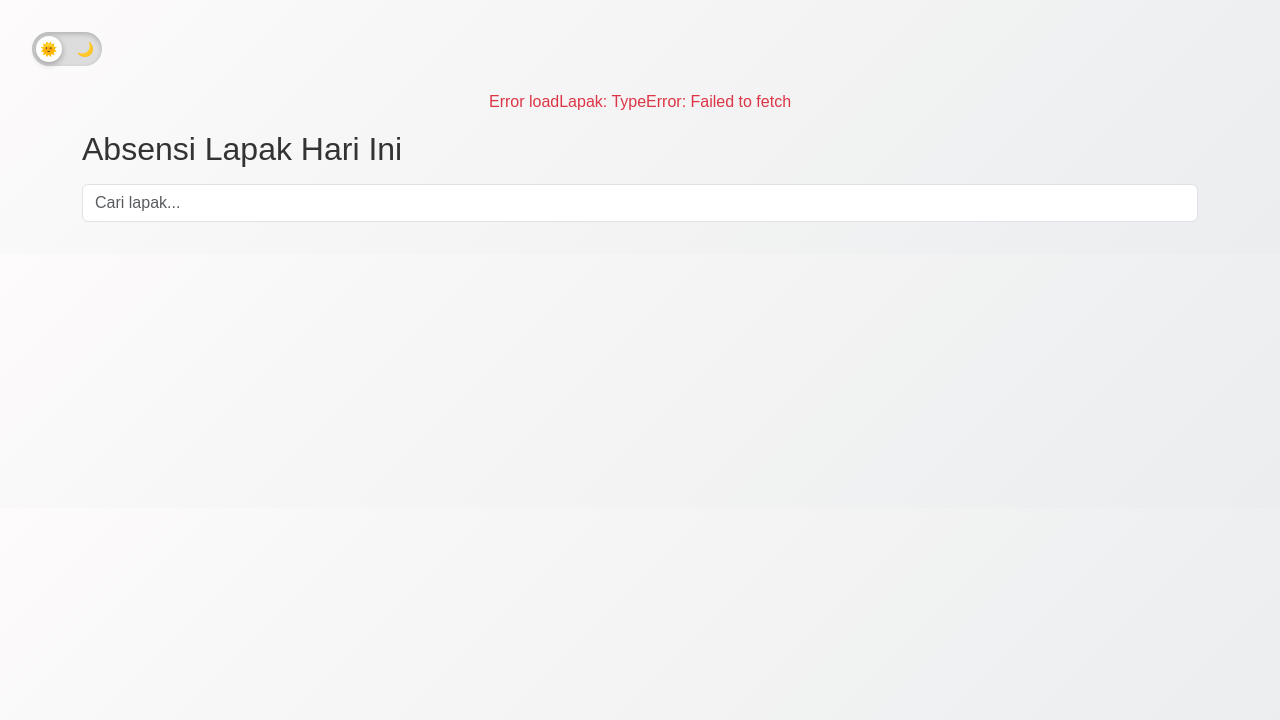
Repository: pasarrakyatbak/absensi
Page: index.html
These files come from the project's save history. The page is drawn as it stood at one moment and after the next save; the edit follows.
The browser window is 1280 px wide. The pictures show the whole page.
The page's requests for data from a server got no answer.

Above is the page before, as saved 2025-09-22 00:54:27.

### index.html
<!DOCTYPE html>
<html lang="id">

<head>
    <meta charset="UTF-8">
    <meta name="viewport" content="width=device-width, initial-scale=1.0">
    <title>Absensi Lapak</title>
    <link href="https://cdn.jsdelivr.net/npm/bootstrap@5.3.2/dist/css/bootstrap.min.css" rel="stylesheet">
    <link rel="stylesheet" href="style.css">
</head>

<body class="p-3">
    <div class="dark-toggle">
        <input type="checkbox" id="darkSwitch">
        <label for="darkSwitch" class="toggle-label">
            <span class="toggle-icon">🌞</span>
            <span class="toggle-ball"></span>
            <span class="toggle-icon">🌙</span>
        </label>
    </div>

    <div id="lapakSummary" class="summary-cards mb-4"></div>
    <div class="row" id="lapakContainer"></div>

    <div class="container">
        <h2 class="mb-3">Absensi Lapak Hari Ini</h2>
        <input type="text" id="searchInput" class="form-control mb-3" placeholder="Cari lapak...">
        <div class="row" id="lapakContainer"></div>
    </div>

    <!-- Modal Absensi -->
    <div id="absensiModal" class="modal-overlay">
        <div class="modal-content">
            <p id="absensiInfo"></p>
            <button class="btn btn-success" id="modalAbsenBtn">Absen Sekarang</button>
            <button class="btn btn-secondary" onclick="closeAbsensiModal()">Tutup</button>
        </div>
    </div>

    <!-- Loader -->
    <div id="absensiLoading" class="d-none">
        <div class="loader-content text-center">
            <div class="spinner-border text-light" role="status" style="width:3rem;height:3rem;"></div>
            <p id="absensiLoadingText" class="text-white mt-2">Sedang memproses...</p>
        </div>
    </div>

    <script src="script.js"></script>
</body>

</html>

### style.css
body {
    background: linear-gradient(135deg, #fdfbfb, #ebedee);
    font-family: 'Poppins', sans-serif;
    color: #333;
    transition: background 0.3s ease, color 0.3s ease;
    margin: 0;
    padding: 0;
}

body.dark {
    background: linear-gradient(135deg, #0f2027, #203a43, #2c5364);
    color: #f1f1f1;
}

/* ================= Card umum ================= */
.lapak-card {
    cursor: pointer;
    border-radius: 16px;
    padding: 1rem;
    backdrop-filter: blur(8px);
    transition: transform 0.25s ease, box-shadow 0.25s ease, background 0.3s ease, border 0.3s ease, color 0.3s ease;
    box-shadow: 0 4px 12px rgba(0, 0, 0, 0.08);
}

/* Hover effect */
.lapak-card:hover {
    transform: translateY(-6px);
    box-shadow: 0 10px 25px rgba(0, 0, 0, 0.2);
}

.lapak-card.disabled {
    pointer-events: none;
    opacity: 0.6;
}

/* Default teks dalam card */
.lapak-card .card-title,
.lapak-card .card-text,
.lapak-card .status-text {
    color: inherit;
    transition: color 0.3s ease;
}

/* ================= Modal ================= */
#absensiModal {
    display: none;
    position: fixed;
    top: 0;
    left: 0;
    width: 100%;
    height: 100%;
    background: rgba(0, 0, 0, 0.6);
    backdrop-filter: blur(6px);
    justify-content: center;
    align-items: center;
    z-index: 1050;
    padding: 1rem;
    box-sizing: border-box;
}

#absensiModal .modal-content {
    background: rgba(255, 255, 255, 0.9);
    padding: 1.5rem;
    border-radius: 16px;
    text-align: center;
    max-width: 400px;
    width: 100%;
    transition: background 0.3s ease, color 0.3s ease, transform 0.25s ease;
    box-shadow: 0 8px 24px rgba(0, 0, 0, 0.2);
}

#absensiModal .modal-content:hover {
    transform: scale(1.02);
}

body.dark #absensiModal .modal-content {
    background: rgba(30, 30, 30, 0.95);
    color: #f1f1f1;
}

/* ================= Loader ================= */
#absensiLoading {
    position: fixed;
    top: 0;
    left: 0;
    width: 100%;
    height: 100%;
    background: rgba(0, 0, 0, 0.7);
    justify-content: center;
    align-items: center;
    z-index: 2000;
    backdrop-filter: blur(6px);
}

/* ================= Sudah hadir ================= */
.lapak-card.hadir {
    background: rgba(212, 237, 218, 0.8);
    border: 1px solid #c3e6cb;
    color: #155724;
}

body.dark .lapak-card.hadir {
    background: rgba(45, 62, 51, 0.8);
    border: 1px solid #4caf50;
    color: #90ee90;
}

/* ================= Belum hadir ================= */
.lapak-card.belum {
    background: rgba(255, 255, 255, 0.85);
    border: 1px solid #ddd;
    color: #333;
}

body.dark .lapak-card.belum {
    background: rgba(30, 30, 30, 0.9);
    border: 1px solid #444;
    color: #f1f1f1;
}

/* ================= Toggle wrapper ================= */
.dark-toggle {
    display: flex;
    justify-content: flex-start;
    align-items: center;
    margin: 1rem;
}

/* Hidden checkbox */
.dark-toggle input {
    display: none;
}

/* Label sebagai saklar */
.toggle-label {
    background: #ddd;
    border-radius: 50px;
    cursor: pointer;
    display: flex;
    align-items: center;
    justify-content: space-between;
    width: 70px;
    height: 34px;
    position: relative;
    transition: background 0.3s ease;
    padding: 0 8px;
    font-size: 14px;
    box-shadow: inset 0 2px 5px rgba(0, 0, 0, 0.2);
}

/* Bulatan */
.toggle-ball {
    position: absolute;
    top: 4px;
    left: 4px;
    width: 26px;
    height: 26px;
    background: #fff;
    border-radius: 50%;
    transition: transform 0.3s ease, background 0.3s ease;
    box-shadow: 0 2px 6px rgba(0, 0, 0, 0.3);
}

/* Ikon matahari 🌞 dan bulan 🌙 */
.toggle-icon {
    z-index: 2;
}

/* Aktif (dark mode) */
.dark-toggle input:checked+.toggle-label {
    background: #444;
}

.dark-toggle input:checked+.toggle-label .toggle-ball {
    transform: translateX(36px);
    background: #90ee90;
}

/* ================= RESPONSIVE ================= */

/* HP kecil (≤576px) */
@media (max-width: 576px) {
    .lapak-card {
        font-size: 14px;
        padding: 0.8rem;
    }

    .lapak-card .card-title {
        font-size: 16px;
    }

    .lapak-card .card-text {
        font-size: 13px;
    }

    .lapak-card .status-text {
        font-size: 12px;
    }

    #absensiModal .modal-content {
        max-width: 95%;
        padding: 1rem;
    }

    .toggle-label {
        width: 60px;
        height: 30px;
        font-size: 12px;
    }

    .toggle-ball {
        width: 22px;
        height: 22px;
    }
}

/* Tablet (577px – 991px) */
@media (min-width: 577px) and (max-width: 991px) {
    .lapak-card {
        font-size: 15px;
        padding: 1rem;
    }

    .lapak-card .card-title {
        font-size: 18px;
    }

    .lapak-card .card-text {
        font-size: 14px;
    }

    .lapak-card .status-text {
        font-size: 13px;
    }

    #absensiModal .modal-content {
        max-width: 80%;
    }
}

/* Desktop (≥992px) */
@media (min-width: 992px) {
    .lapak-card {
        font-size: 16px;
        padding: 1.2rem;
    }

    .lapak-card .card-title {
        font-size: 20px;
    }

    .lapak-card .card-text {
        font-size: 15px;
    }

    .lapak-card .status-text {
        font-size: 14px;
    }

    #absensiModal .modal-content {
        max-width: 400px;
    }
}

### script.js
const API_URL = "https://script.google.com/macros/s/AKfycby4z2qZ24SrJkcyGpybH29lSUC_3_z1LG-7wSmTzpaOEXrwjXf0Cl3hqkg95qAxPj1-/exec";
const darkSwitch = document.getElementById("darkSwitch");
let lapakData = [];
let currentLapakId = null;

// =================== Cek Hari ===================
const isSunday = new Date().getDay() === 0; // 0 = Minggu

// =================== Loader ===================
function showAbsensiLoading(show, text = "Sedang menyimpan data...") {
    const loader = document.getElementById("absensiLoading");
    const loadingText = document.getElementById("absensiLoadingText");
    if (!loader || !loadingText) return;

    if (show) {
        loader.classList.remove("d-none");
        loader.classList.add("d-flex");
    } else {
        loader.classList.remove("d-flex");
        loader.classList.add("d-none");
    }
    loadingText.textContent = text;
}

// =================== Load semua lapak ===================
async function loadLapak() {
    showAbsensiLoading(true, "Sedang memuat data lapak...");

    try {
        const res = await fetch(API_URL + "?action=listLapak");
        const json = await res.json();

        console.log("DEBUG JSON:", json);

        if (!json.success) {
            document.getElementById("lapakContainer").innerHTML =
                `<p class="text-center text-danger">Gagal load data: ${json.message}</p>`;
            showAbsensiLoading(false);
            return;
        }

        lapakData = json.data.map(lapak => ({
            noLapak: lapak.no || "-",
            nama: lapak.nama || "Tanpa Nama",
            statusAbsensi: lapak.statusAbsensi || ""
        }));

        renderLapak(lapakData);
        showAbsensiLoading(false);

    } catch (err) {
        document.getElementById("lapakContainer").innerHTML =
            `<p class="text-center text-danger">Error loadLapak: ${err}</p>`;
        showAbsensiLoading(false);
    }
}

// =================== Render lapak ===================
function renderLapak(data) {
    const container = document.getElementById("lapakContainer");
    container.innerHTML = "";

    if (data.length === 0) {
        container.innerHTML = `<p class="text-center">Tidak ada data lapak.</p>`;
        return;
    }

    data.forEach(lapak => {
        const statusHadir = (lapak.statusAbsensi || "").includes("✅");

        const card = document.createElement("div");
        card.className = "col-md-4 col-sm-6 mb-3";
        card.innerHTML = `
            <div class="card lapak-card shadow-sm ${statusHadir ? 'hadir' : 'belum'} ${statusHadir ? 'disabled' : ''}"
                 data-no-lapak="${lapak.noLapak}" data-nama-lapak="${lapak.nama}">
                <div class="card-body text-center">
                    <h5 class="card-title">Lapak ${lapak.noLapak}</h5>
                    <p class="card-text">${lapak.nama}</p>
                    <p class="status-text ${statusHadir ? 'text-success' : 'text-danger'}">
                        ${statusHadir ? "✅ Hadir" : "❌ Belum"}
                    </p>
                </div>
            </div>
        `;

        const cardEl = card.querySelector(".lapak-card");

        if (!statusHadir && cardEl) {
            if (isSunday) {
                cardEl.addEventListener("click", () => openAbsensiModal(lapak.noLapak, lapak.nama));
                cardEl.addEventListener("dblclick", () => absenLapak(lapak.noLapak));
            } else {
                cardEl.style.cursor = "not-allowed";
            }
        }

        container.appendChild(card);
    });
}

// =================== Modal ===================
function openAbsensiModal(lapakId, lapakName) {
    const modal = document.getElementById("absensiModal");
    const info = document.getElementById("absensiInfo");
    currentLapakId = lapakId;
    if (info) info.textContent = `Absensi untuk Lapak ${lapakId} - ${lapakName}`;
    modal.style.display = "flex";
}
function closeAbsensiModal() {
    const modal = document.getElementById("absensiModal");
    if (modal) modal.style.display = "none";
}

// =================== Absen dari modal ===================
document.getElementById("modalAbsenBtn").addEventListener("click", () => {
    if (currentLapakId) absenLapak(currentLapakId);
    closeAbsensiModal();
});

// =================== Absen ke server ===================
async function absenLapak(noLapak) {
    if (!isSunday) {
        alert("❌ Absensi hanya bisa dilakukan hari Minggu.");
        return;
    }

    showAbsensiLoading(true, "Menyimpan absensi...");

    const card = document.querySelector(`.lapak-card[data-no-lapak="${noLapak}"]`);
    if (!card) {
        showAbsensiLoading(false);
        return;
    }
    const statusText = card.querySelector(".status-text");

    const oldText = statusText.textContent;
    const oldClass = statusText.className;

    // update UI sementara
    statusText.textContent = "✅ Hadir";
    statusText.classList.remove("text-danger");
    statusText.classList.add("text-success");
    card.classList.add("disabled");

    try {
        const res = await fetch(API_URL, {
            method: "POST",
            headers: { "Content-Type": "application/x-www-form-urlencoded" },
            body: new URLSearchParams({
                action: "absen",
                noLapak,
                password: "panitia123"
            })
        });
        const json = await res.json();

        if (!json.success) {
            // rollback kalau gagal
            statusText.textContent = oldText;
            statusText.className = oldClass;
            card.classList.remove("disabled");
            alert(json.message || "❌ Gagal menyimpan absensi.");
        } else {
            const lapakIndex = lapakData.findIndex(l => String(l.noLapak) === String(noLapak));
            if (lapakIndex > -1) {
                lapakData[lapakIndex].statusAbsensi = "✅ Hadir";
                renderLapak(lapakData);
            }
        }
    } catch (err) {
        statusText.textContent = oldText;
        statusText.className = oldClass;
        card.classList.remove("disabled");
        alert("❌ Gagal menyimpan absensi.");
    }

    showAbsensiLoading(false);
}

// =================== Search filter ===================
document.getElementById("searchInput").addEventListener("input", (e) => {
    const keyword = e.target.value.toLowerCase();
    const filtered = lapakData.filter(l =>
        l.noLapak.toString().toLowerCase().includes(keyword) ||
        l.nama.toLowerCase().includes(keyword)
    );
    renderLapak(filtered);
});

// =================== Dark mode switch ===================
if (localStorage.getItem("darkMode") === "true") {
    document.body.classList.add("dark");
    darkSwitch.checked = true;
}

darkSwitch.addEventListener("change", () => {
    if (darkSwitch.checked) {
        document.body.classList.add("dark");
        localStorage.setItem("darkMode", "true");
    } else {
        document.body.classList.remove("dark");
        localStorage.setItem("darkMode", "false");
    }
});

// =================== Load pertama kali ===================
loadLapak();

After the next save:
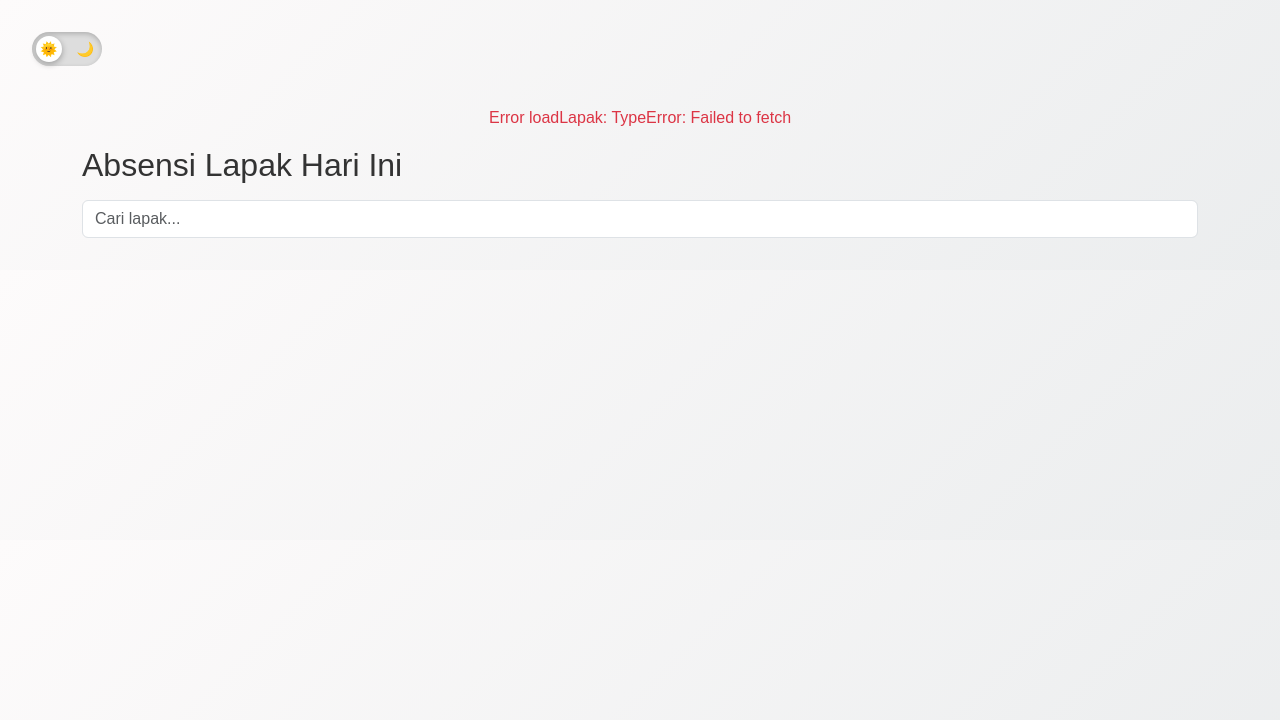
Saved 33 s later.
--- a/style.css
+++ b/style.css
@@ -176,6 +176,56 @@ body.dark .lapak-card.belum {
     background: #90ee90;
 }
 
+/* ================= Summary Cards ================= */
+.summary-cards {
+    display: flex;
+    gap: 1rem;
+    flex-wrap: wrap;
+    justify-content: center;
+}
+
+.summary-card {
+    flex: 1 1 120px;
+    min-width: 120px;
+    padding: 1rem;
+    border-radius: 12px;
+    text-align: center;
+    font-weight: 600;
+    box-shadow: 0 4px 12px rgba(0, 0, 0, 0.08);
+    transition: background 0.3s ease, color 0.3s ease;
+}
+
+.summary-card.total {
+    background: #e3f2fd;
+    color: #1565c0;
+}
+
+.summary-card.hadir {
+    background: #d4edda;
+    color: #155724;
+}
+
+.summary-card.belum {
+    background: #f8d7da;
+    color: #721c24;
+}
+
+/* Dark mode */
+body.dark .summary-card.total {
+    background: #1e3a5f;
+    color: #90caf9;
+}
+
+body.dark .summary-card.hadir {
+    background: #2d3e33;
+    color: #90ee90;
+}
+
+body.dark .summary-card.belum {
+    background: #5c2b2b;
+    color: #f28b82;
+}
+
 /* ================= RESPONSIVE ================= */
 
 /* HP kecil (≤576px) */
